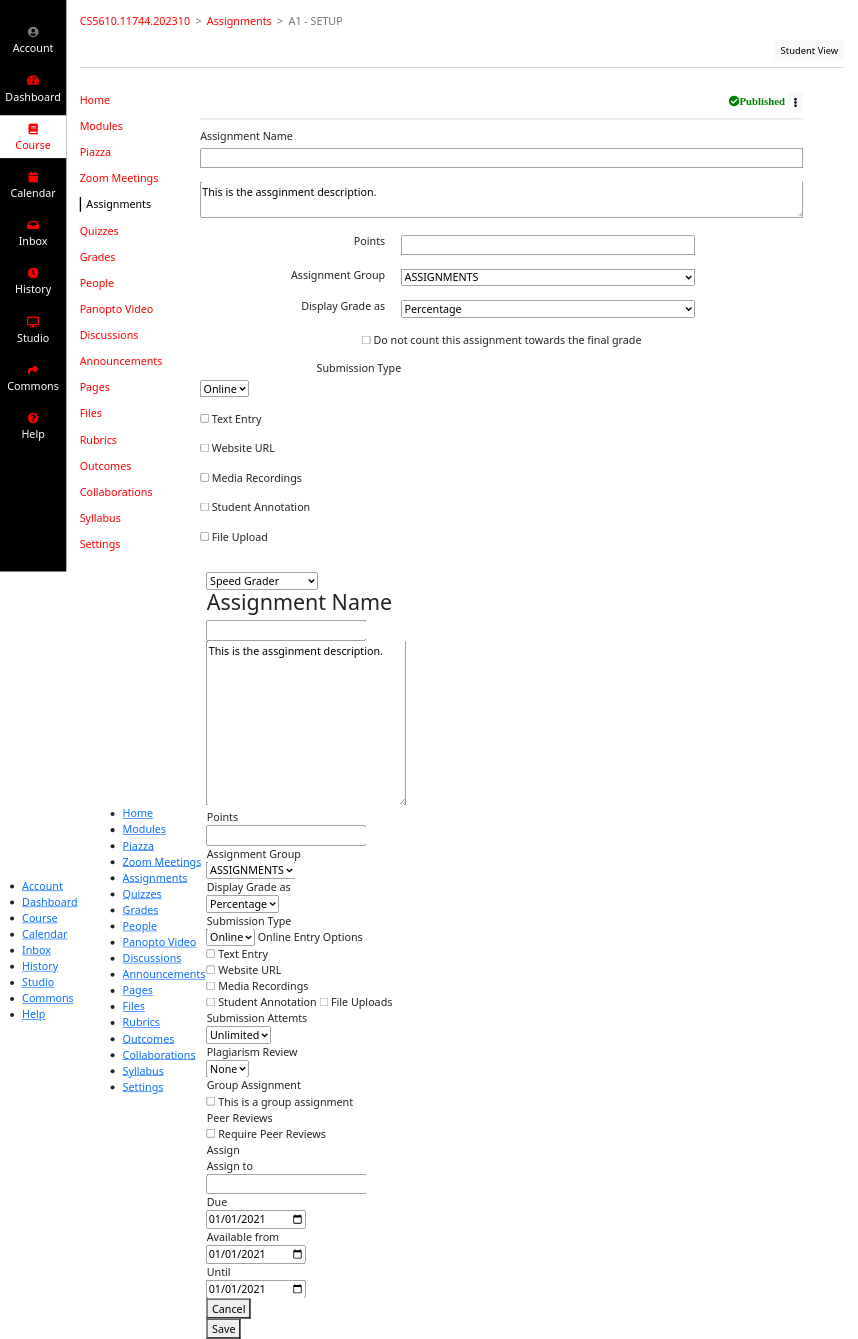
Repository: yuqiant/kanbas-react-web-app
Page: public/kanbas/assignment/edit.html
The author's editor kept a copy of each file at every save. The page is drawn from the files as they stood at one save, then again after the next save.
The browser window is 1280 px wide. The pictures show the whole page, at 67% of full size.

Above is the page before, as saved 2023-10-05 01:13:22.

After the next save:
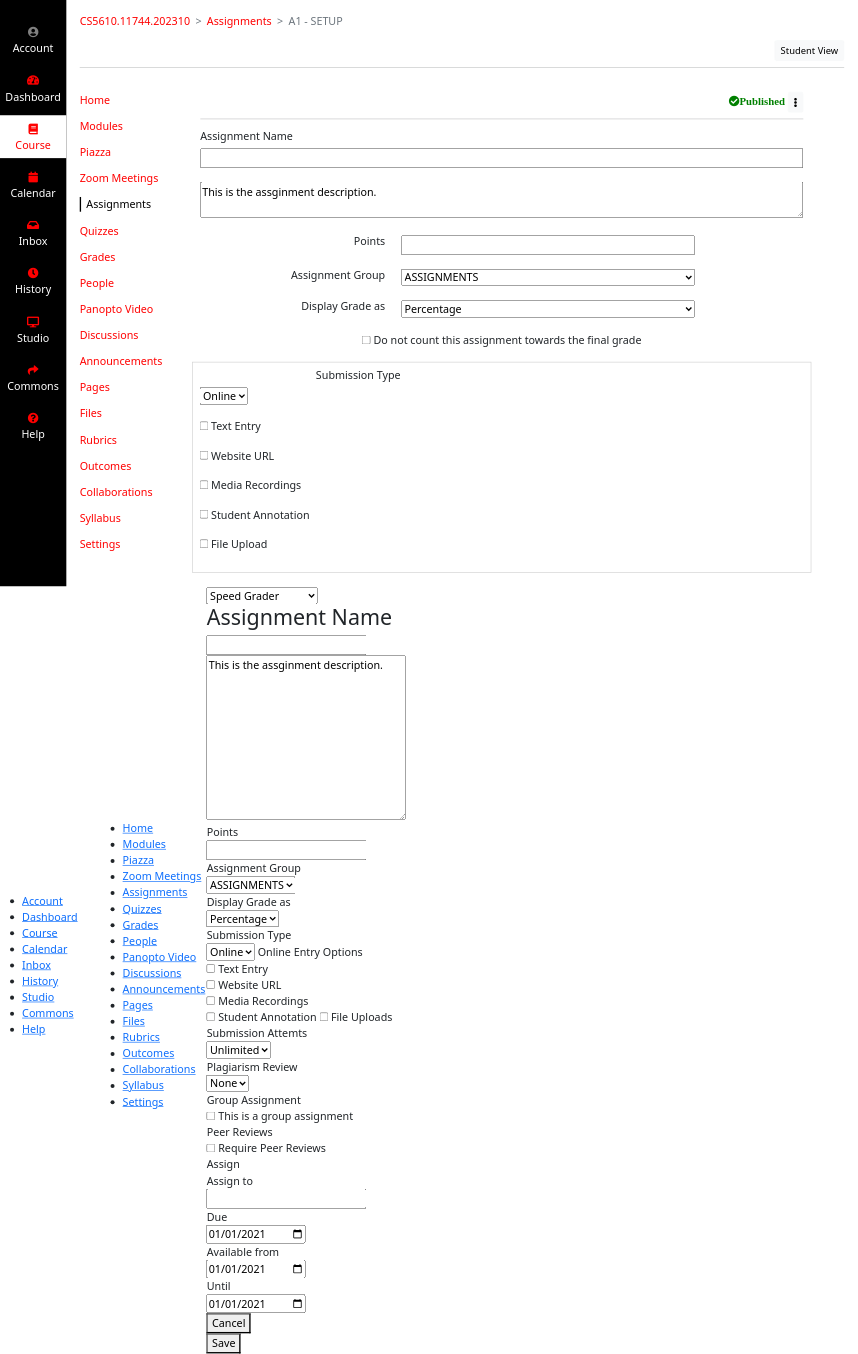
Saved 25 s later.
--- a/public/kanbas/assignment/index.css
+++ b/public/kanbas/assignment/index.css
@@ -163,3 +163,16 @@
 .row {
     margin-bottom: 20px;
 }
+
+.checkbox-container {
+    border: 1px solid lightgray;
+    padding: 10px;
+    /* Add some padding for spacing */
+}
+
+/* Apply border to checkboxes and labels */
+input[type="checkbox"] {
+    border: 1px solid lightgray;
+    padding: 5px;
+    /* Add some padding for spacing */
+}
